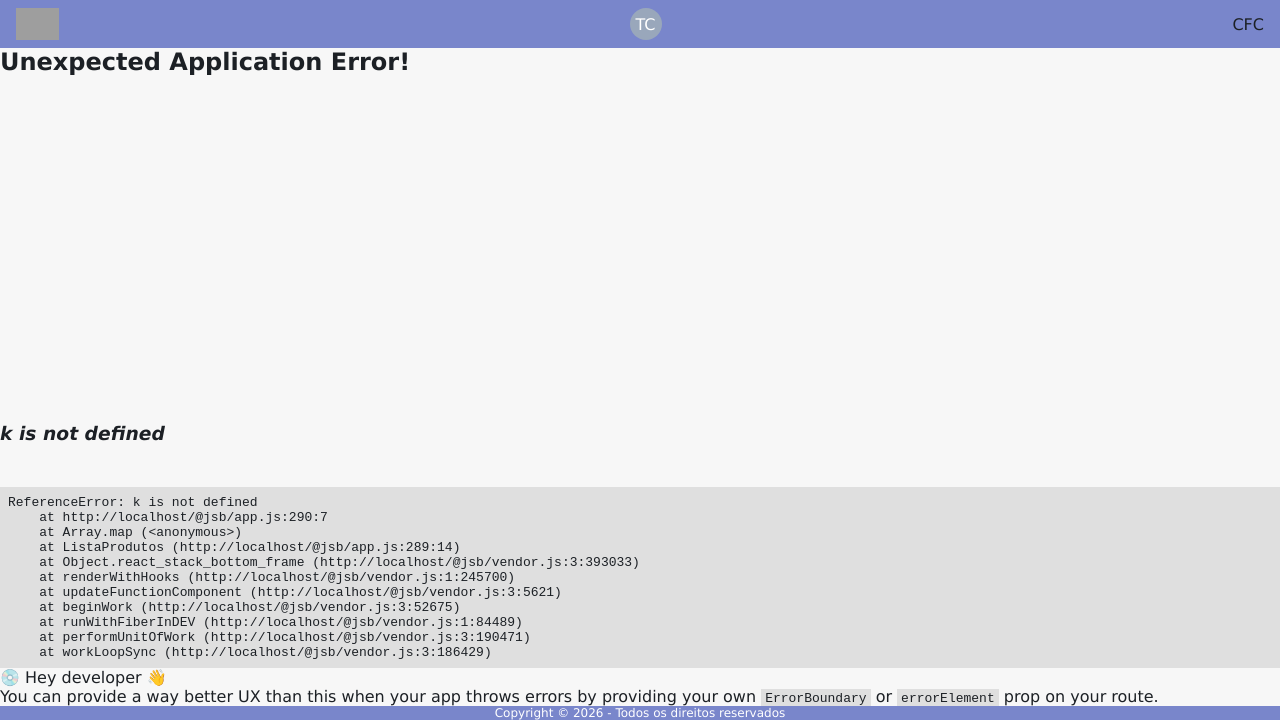
Repository: cristianfabiano/aulas-aplicativo-pwa
Page: /lista-produtos
The author's editor kept a copy of each file at every save. The page is drawn from the files as they stood at one save, then again after the next save.
The browser window is 1280 px wide. The pictures show the whole page.
Pictures or frames that could not be fetched are drawn as grey boxes. The project was rebuilt for these pictures with package versions that can differ from the ones it lists, and the page was loaded fresh each time. Also part of the build but not shown: vite.config.js, src/componentes/BotaoCustomizado/BotaoCustomizado.css, src/componentes/BotaoCustomizado/BotaoCustomizado.jsx, src/componentes/Principal/Principal.css, src/componentes/Principal/Principal.jsx, src/paginas/PaginaInicial/PaginaInicial.jsx, src/paginas/ListaProdutos/ListaProdutos.css.

Above is the page before, as saved 2026-03-18 21:27:14.

After the next save:
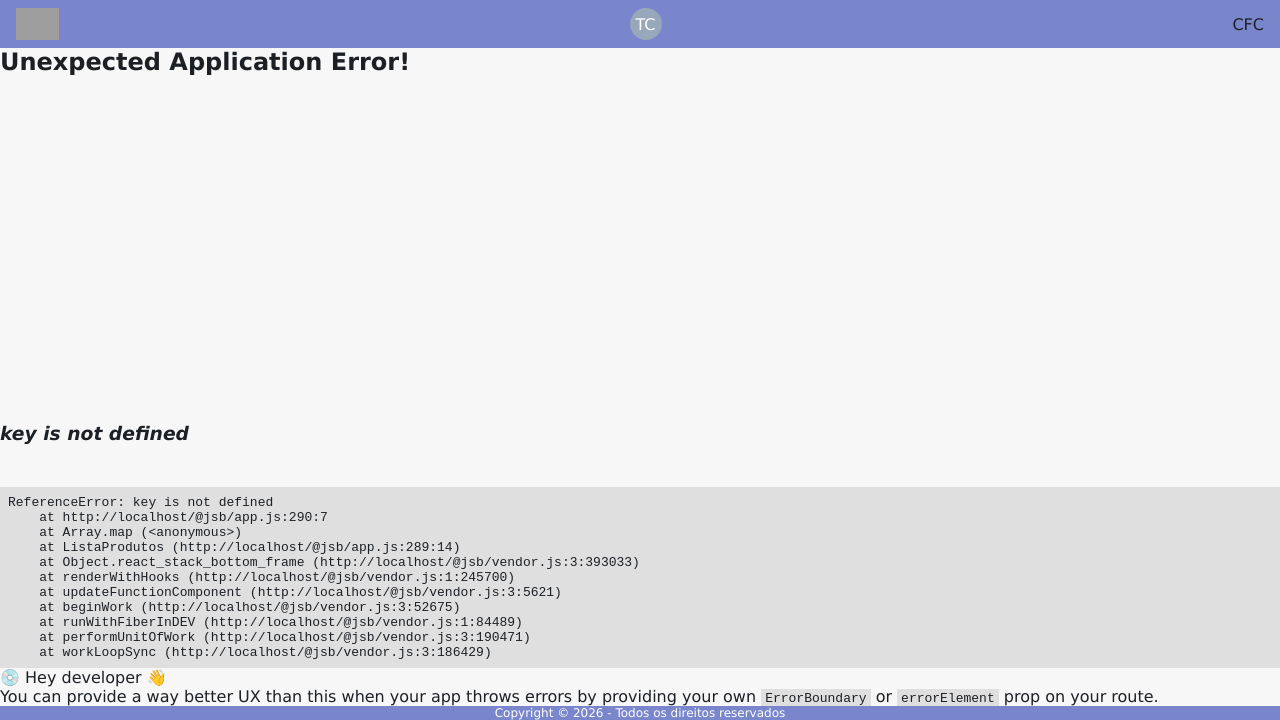
Saved 9 s later.
--- a/src/paginas/ListaProdutos/ListaProduto.jsx
+++ b/src/paginas/ListaProdutos/ListaProduto.jsx
@@ -25,7 +25,7 @@ function ListaProdutos() {
             <h2>Lista de Produtos</h2>
 
             {produtos.map((itemProduto) => {
-                k
+                key
                 return <div>{itemProduto.nome}</div>;
             })}
         </Principal>
